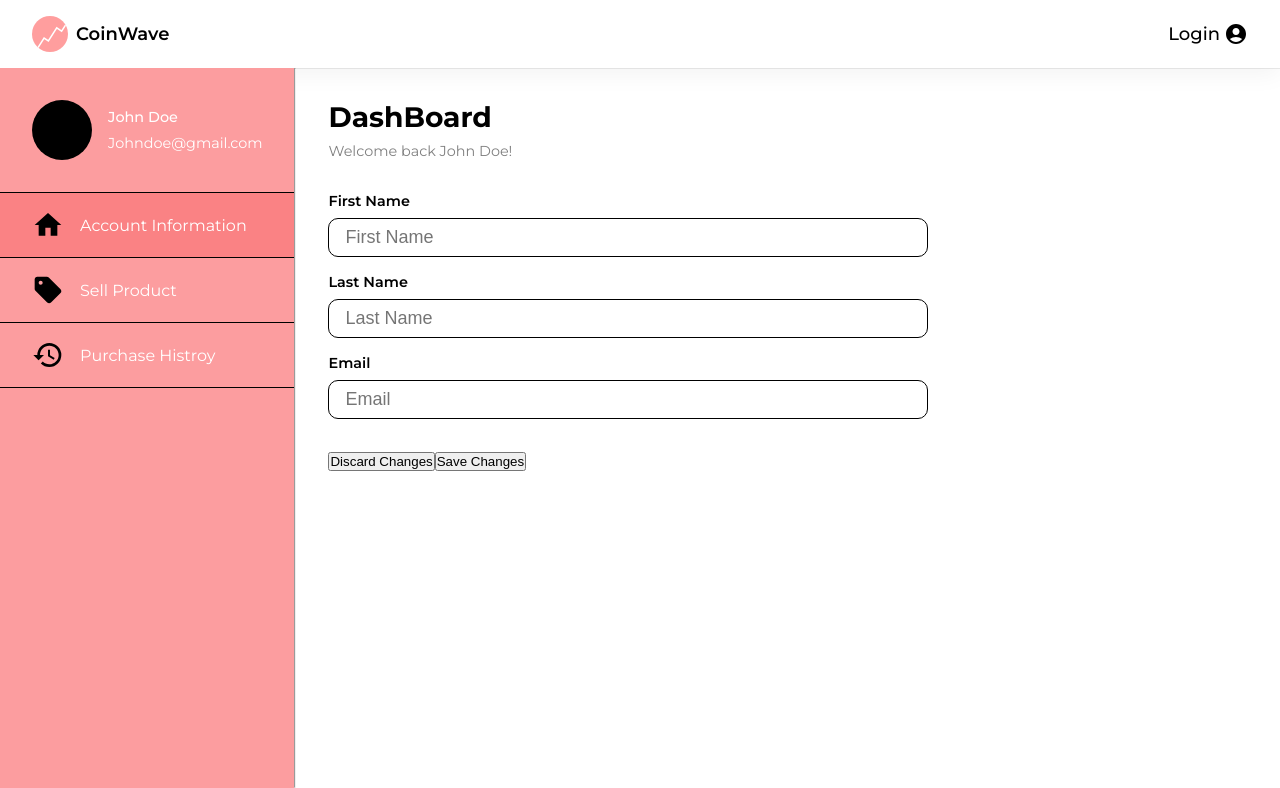
Repository: David-Waite/CoinWave
Page: /account
The author's editor kept a copy of each file at every save. The page is drawn from the files as they stood at one save, then again after the next save.
The browser window is 1280 px wide. The pictures show the whole page.
The project was rebuilt for these pictures with package versions that can differ from the ones it lists, and the page was loaded fresh each time. The framework's server and built-in components were replaced by stand-ins that run in the browser. Also part of the build but not shown: next.config.js, app/components/account/SellProduct/SellProduct.js, app/components/account/PurchaseHistory/PurchaseHistory.js.

Above is the page before, as saved 2023-08-16 11:19:33.

After the next save:
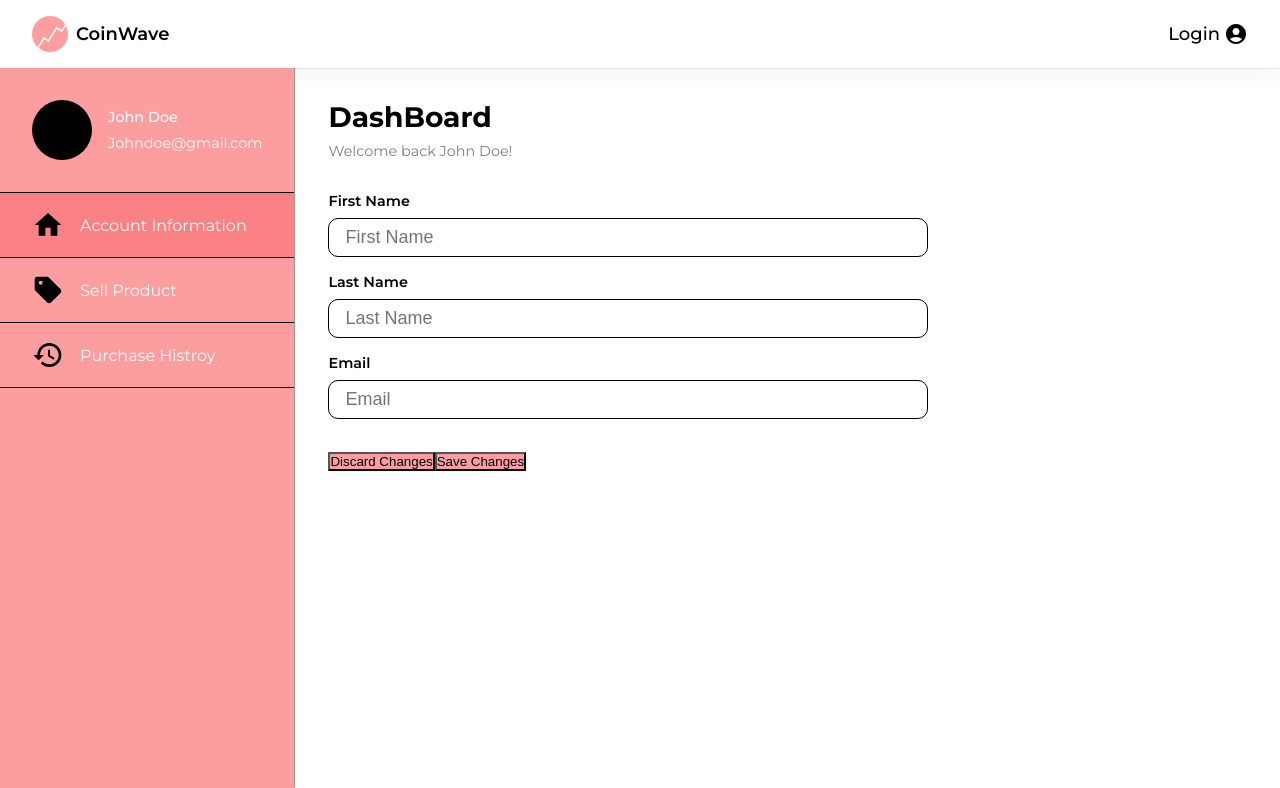
Saved 36 s later.
--- a/app/components/account/AccountInfomation/accountInformation.module.css
+++ b/app/components/account/AccountInfomation/accountInformation.module.css
@@ -41,3 +41,8 @@
   flex-direction: column;
   gap: 8px;
 }
+
+.discardChanges,
+.saveChanges {
+  background-color: var(--primary);
+}
